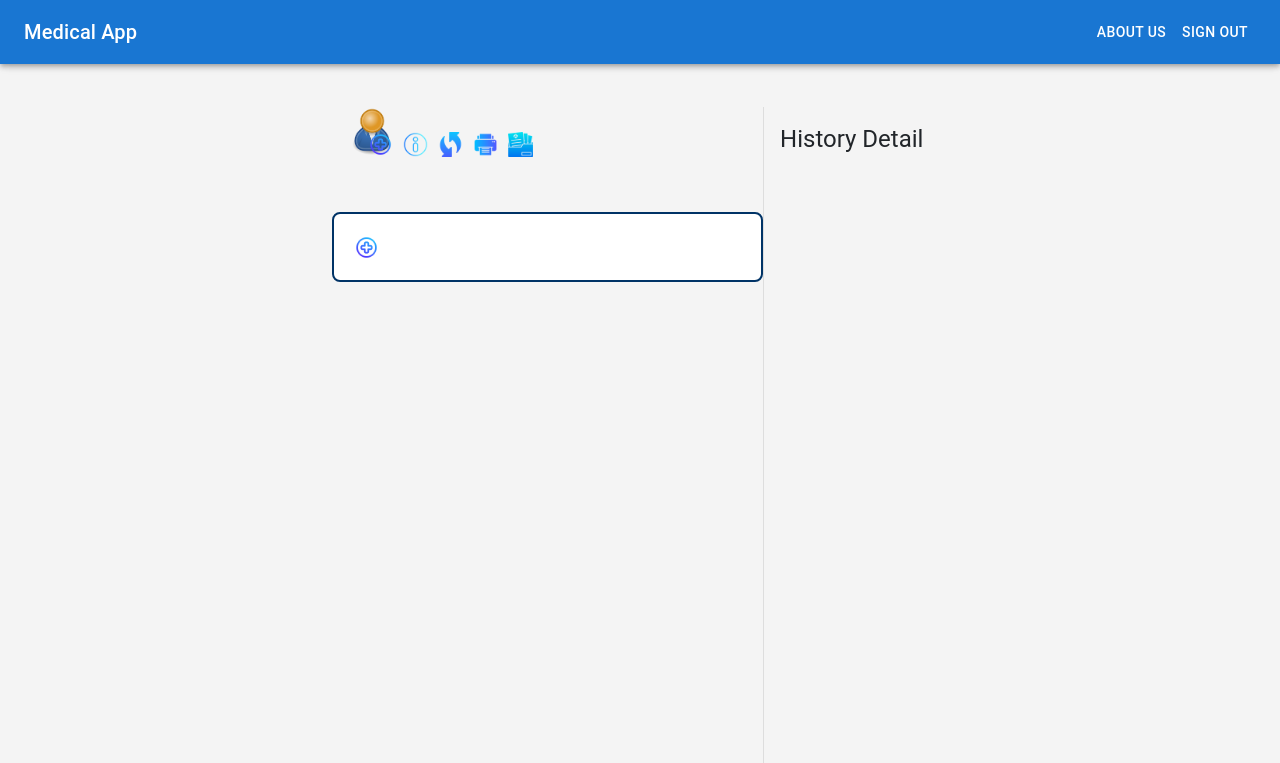
Repository: sshaiv/demo_project
Page: /
An editor plug-in stored every save of this project. The page is shown before and after the next save, followed by the edit.
The browser window is 1280 px wide. The pictures show the whole page.
The project was rebuilt for these pictures with package versions that can differ from the ones it lists, and the page was loaded fresh each time.

Above is the page before, as saved 2024-08-12 22:22:03.

After the next save:
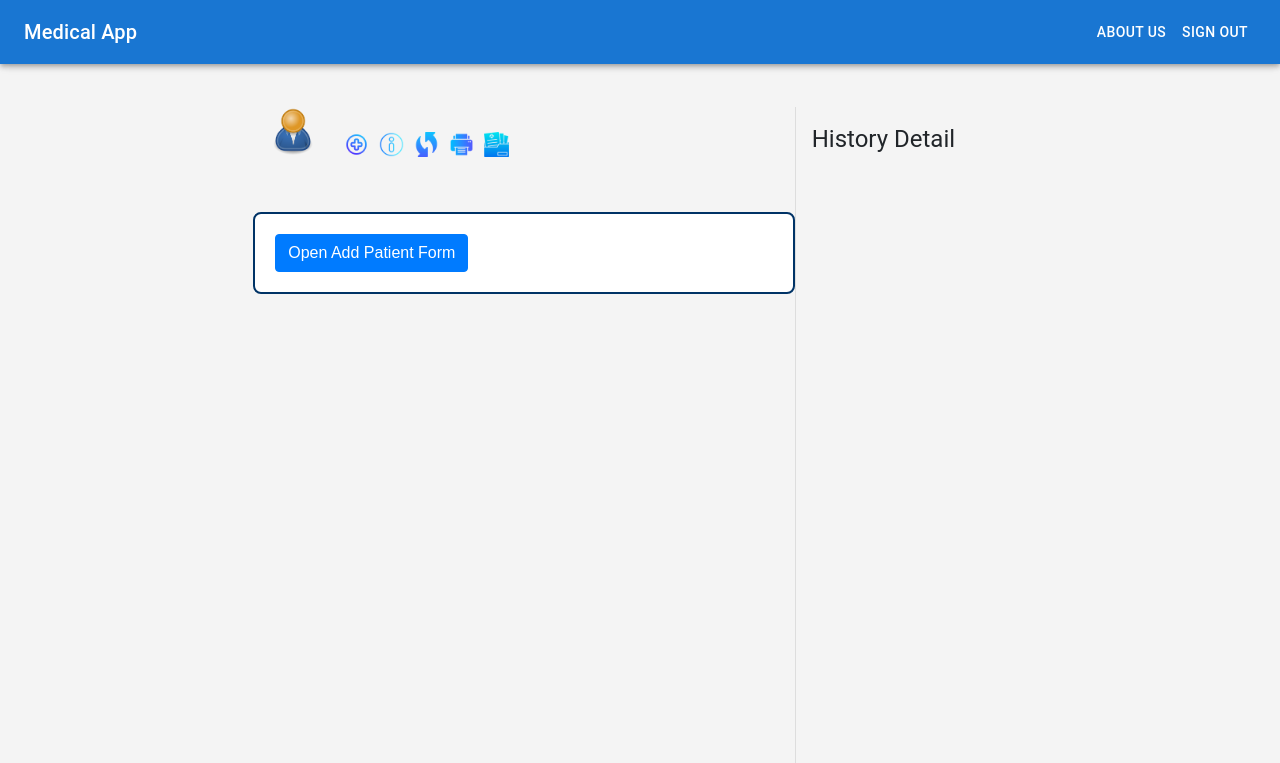
Saved 78 s later.
--- a/src/components/AddPatient.js
+++ b/src/components/AddPatient.js
@@ -20,19 +20,15 @@ const AddPatient = () => {
 
   return (
     <div className="container">
-      {/* Trigger Image */}
-      <img
-        src="/assets/addpatients.png"
-        style={{
-          width: "25px",
-          height: "25px",
-          marginRight: "10px",
-          cursor: "pointer",
-        }}
-        alt="ADD"
+      {/* Trigger Button */}
+      <button
+        type="button"
+        className="btn btn-primary"
         data-toggle="modal"
         data-target="#addPatientModal"
-      />
+      >
+        Open Add Patient Form
+      </button>
 
       {/* Modal */}
       <div
